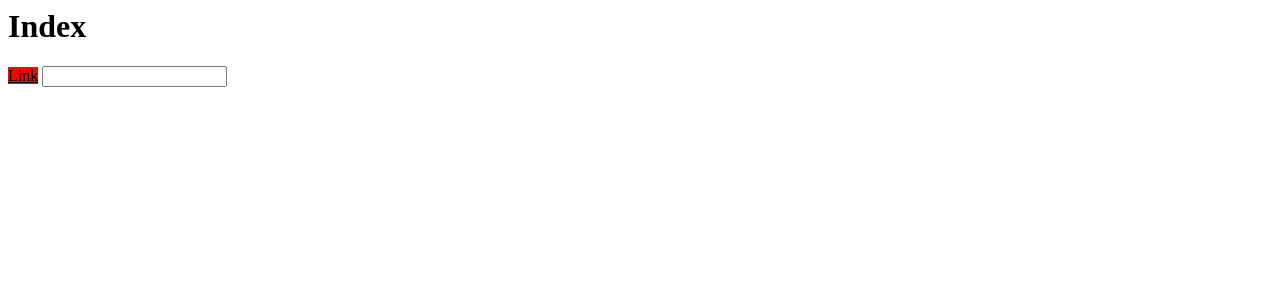
Repository: hiro641/Samurai_JS
Page: index.html
The author's editor kept a record of every edit. The page is drawn from the files as they stood at one moment, then again after the next edit.
The browser window is 1280 px wide. The pictures show the whole page.
The first visible `a` is being pressed.

Above is the page before.

### index.html
<html lang="ja">
    <head>
        <style>
            a:link {
                color: black;
            }

            a:visited {
                color: red;
            }
            a:active {
                background-color: red;
            }
            input:focus {
                background-color: green;
            }
        </style>
    </head>
    <body>
        <h1>Index</h1>
        <a href="hoge.html">Link</a>
        <input type="text"/>
    </body>
</html>

After the next edit:
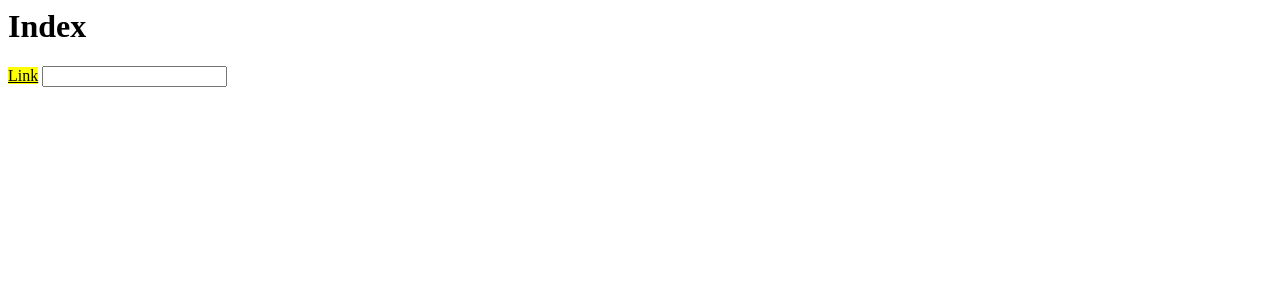
The edit:
--- a/index.html
+++ b/index.html
@@ -9,7 +9,7 @@
                 color: red;
             }
             a:active {
-                background-color: red;
+                background-color: yellow;
             }
             input:focus {
                 background-color: green;
